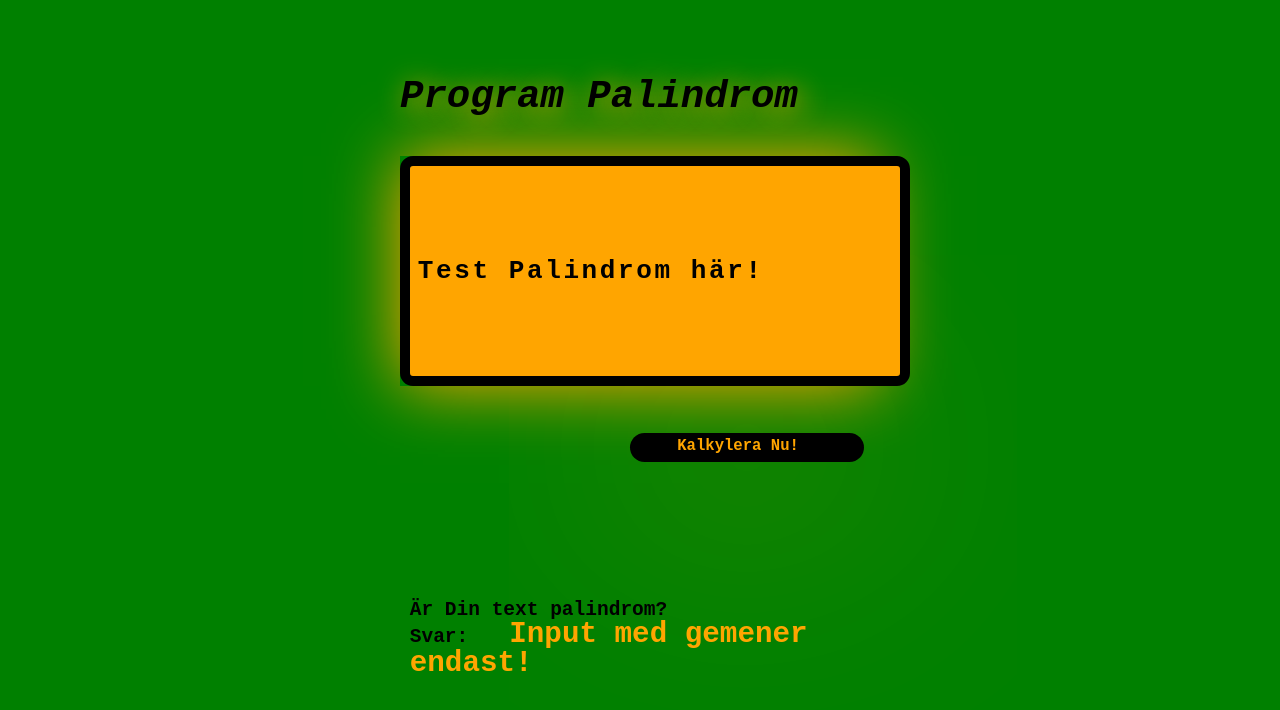
Repository: AndreasAnemyrLNU/1DV404_Iterativ_Mjukvaruutveckling
Page: 3a.html
The author's editor kept a record of every edit. The page is drawn from the files as they stood at one moment, then again after the next edit.
The browser window is 1280 px wide. The pictures show the whole page.
After loading, the first visible `#doCalc` was clicked once.

Above is the page before.

### 3a.html
<!DOCTYPE html>
<html>
    <head>
        <link rel="stylesheet" href="css/labb1.css" type="text/css" />
        <meta charset="utf-8"/>
        <title>Uppgift 3a</title>
    </head>
    <body>
        <div id="wrapper">
            <h1>Program Palindrom</h1>
            <form>
                <input id="inputBox" type="text" name="" value="Test Palindrom här!"/>
            </form>
                <a id="doCalc">Kalkylera Nu!</a>
                <p>Är Din text palindrom?
                    <span class="block">Svar: <span id="answer" class="leftPad"></span></span>
                </p>
        </div>
        <script type="text/javascript" src="js/3a_Palindrom.js"></script>
        <script type="text/javascript" src="js/3a.js"></script>
    </body>
</html>

### css/labb1.css
/* http://meyerweb.com/eric/tools/css/reset/
   v2.0 | 20110126
   License: none (public domain)
*/

html, body, div, span, applet, object, iframe,
h1, h2, h3, h4, h5, h6, p, blockquote, pre,
a, abbr, acronym, address, big, cite, code,
del, dfn, em, img, ins, kbd, q, s, samp,
small, strike, strong, sub, sup, tt, var,
b, u, i, center,
dl, dt, dd, ol, ul, li,
fieldset, form, label, legend,
table, caption, tbody, tfoot, thead, tr, th, td,
article, aside, canvas, details, embed,
figure, figcaption, footer, header, hgroup,
menu, nav, output, ruby, section, summary,
time, mark, audio, video {
	margin: 0;
	padding: 0;
	border: 0;
	font-size: 100%;
	font: inherit;
	vertical-align: baseline;
}
/* HTML5 display-role reset for older browsers */
article, aside, details, figcaption, figure,
footer, header, hgroup, menu, nav, section {
	display: block;
}
body {
	line-height: 1;
}
ol, ul {
	list-style: none;
}
blockquote, q {
	quotes: none;
}
blockquote:before, blockquote:after,
q:before, q:after {
	content: '';
	content: none;
}
table {
	border-collapse: collapse;
	border-spacing: 0;
}

/*End of Meyser's*/


body{
    background-color: green;
    font-family: monospace;
}

h1{
	text-shadow: orange .1em .1em .7em;
	font-size:3em;
	font-style: italic;
	font-weight:900;
	margin: 1.5em 0 .5em 0;
	padding: .5em 0 .5em 0;
}

input[type="text"]
{
	background-color: orange;
	border: .4em solid black;
    border-radius: .5em;
    font-family: monospace;
    font-size: 2em;
    font-weight: 600;
    letter-spacing: .1em;
    padding-left: .3em;
    width: 100px;
}

form{
	box-shadow: orange 0 0 5em;
	font-family: monospace;
}

p{
	font-size: 1.5em;
	font-weight: 700;
	margin-top: 10em;
	padding: 1em 0 0 .5em;
}


.block{
    display:block;
}

.leftPad{
	color: orange;
	font-size: 1.5em;
	font-weight: 900;
	padding-left: 1em;
}

#doCalc{
	background-color: black;
	border-radius: 1em;
	box-shadow: orange 0 0 100em;
	color: orange;
	display: block;
	float: right;
	font-size: 1.2em;
	font-weight: 900;
	height: 1.5em;
	margin: 3em 1em 0 0;
	padding: .4em 0 0 3em;
	width: 12em;
}

#inputBox{
    height: 8em;
    width: 100%;
}

#submitButton{
    clear: both;
    display: block;
}

#wrapper{
    margin: auto;
    width: 480px;
}

### js/3a_Palindrom.js
"use strict";
  //******************************************************\\
 //Calculator Palindrom**********************************\\
//                                                          \\
function Palindrom(inputStr){

 //this.inputStr!
//
    this.inputStr = inputStr;

 //this.lowerCase******************************************\\
//                                                          \\
    this.boolLowerCase;

 //this.revInputStr****************************************\\
//                                                          \\
    this.revInputStr;
}

 //!START**************************************************\\
//************************************* PALINDROM CALCULATOR\\

Palindrom.prototype.reverseStr = function(){
    var i = 0;
    var length = this.inputStr.length;
    var j = length;
    var reversedArr = [];
    var reversedStr;

        for(i; i < length; i++, j--){

            reversedArr[j] = this.inputStr[i];
            reversedStr = reversedArr.join("");
        }
    this.revInputStr = reversedStr;
};

Palindrom.prototype.setBoolValueIfInputLowerCase = function(){
    this.boolLowerCase = this.inputStr === this.inputStr.toLowerCase() ? true : false;
};

Palindrom.prototype.dynGetProp = function(prop){
    return this[prop];
};

Palindrom.prototype.dynSetProp = function(prop, value){
    this[prop] = value;
};

 //PROTOTYPE CALCULATOR ************************************\\
//***************************************************** END!\\

### js/3a.js
function readValue(){

    var value = document.querySelector("#inputBox").value;

    var palindrom = new Palindrom(value);

    palindrom.setBoolValueIfInputLowerCase();

    if(palindrom.boolLowerCase)
    {
        palindrom.reverseStr();
        value = palindrom.inputStr === palindrom.revInputStr ? "Ja" : "Nej";
    }
    else
    {
        value = "Input med gemener endast!"
    }



    //value = palindrom.boolLowerCase === true ? "Ja" : "Nej";

    document.querySelector("#answer").innerHTML = value;

}

var submitter = document.querySelector("#doCalc");
submitter.addEventListener("click", readValue, false);

After the next edit:
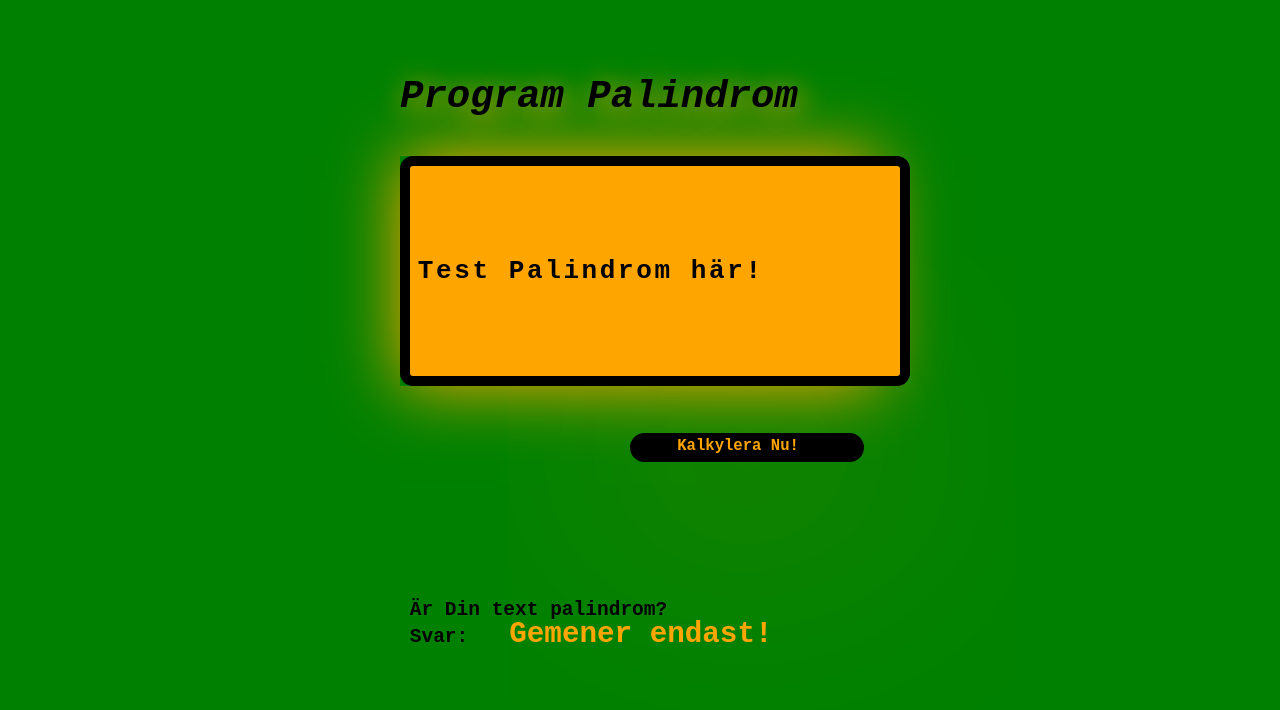
The edit:
--- a/js/3a.js
+++ b/js/3a.js
@@ -13,7 +13,7 @@
     }
     else
     {
-        value = "Input med gemener endast!"
+        value = "Gemener endast!"
     }
 
 
